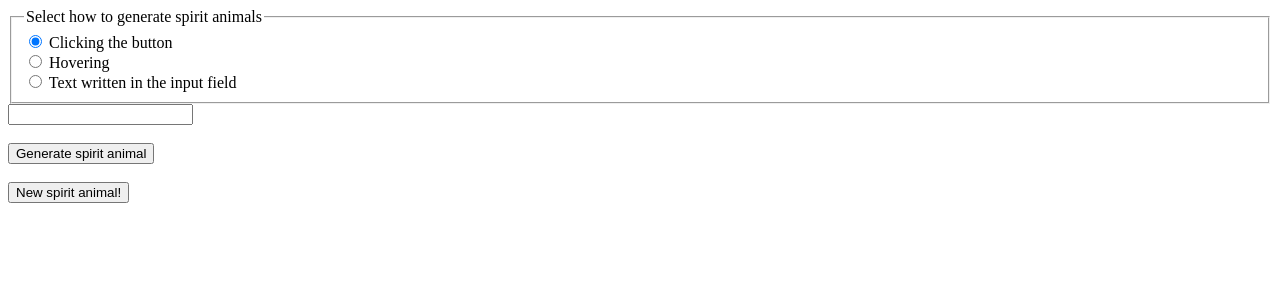
Repository: andrii1/hyf-homework
Page: javascript/javascript2/week1/name-generator.html
The author's editor kept a copy of each file at every save. The page is drawn from the files as they stood at one save, then again after the next save.
The browser window is 1280 px wide. The pictures show the whole page.

Above is the page before, as saved 2022-06-25 14:23:52.

### javascript/javascript2/week1/name-generator.html
<!DOCTYPE html>
<html lang="en">
<head>
  <meta charset="UTF-8">
  <meta http-equiv="X-UA-Compatible" content="IE=edge">
  <meta name="viewport" content="width=device-width, initial-scale=1.0">
  <title>Spirit animal name generator</title>
</head>
<body>
  <fieldset>
    <legend>Select how to generate spirit animals</legend>

    <div>
      <input type="radio" id="clicking-button" name="checkbox" value="clicking-button" checked>
      <label for="clicking-button">Clicking the button</label>
    </div>

    <div>
      <input type="radio" id="hovering" name="checkbox" value="hovering">
      <label for="hovering">Hovering</label>
    </div>

    <div>
      <input type="radio" id="writing-text" name="checkbox" value="writing-text">
      <label for="writing-text">Text written in the input field</label>
    </div>
  </fieldset>

  <form action="#">
    <input type="text" id="input"><br>
    <br>
    <input type="submit" id="button" value="Generate spirit animal">
  </form>
  <br>
  <button id="new-animal">New spirit animal!</button>
  <div id="display"></div>
  <script src="app.js"></script>
</body>
</html>

### javascript/javascript2/week1/app.js
const animals = [
  "spirit cat",
  "moon dog",
  "crying snake",
  "dangerous lion",
  "yellow tiger",
  "sun bear",
  "jupiter crocodile",
  "mars shark",
  "venus whale",
  "saturn crocodile",
];
const input = document.getElementById("input");
const button = document.getElementById("button");
const display = document.getElementById("display");
const newAnimalButton = document.getElementById("new-animal");
function generateSpiritAnimal() {
  const text = input.value;
  if (typeof text !== "string" || text === "") {
    throw new Error("Name must be a non-empty string");
  }

  display.innerHTML = `${text} - The ${
    animals[Math.floor(Math.random() * animals.length)]
  }`;
}

function newSpiritAnimal() {
  const animal = display.innerHTML;
  if (animal === "") {
    throw new Error("Generate animal first!");
  }
  const text = input.value;
  display.innerHTML = `${text} - The ${
    animals[Math.floor(Math.random() * animals.length)]
  }`;
}

button.addEventListener("click", generateSpiritAnimal);
newAnimalButton.addEventListener("click", newSpiritAnimal);

After the next save:
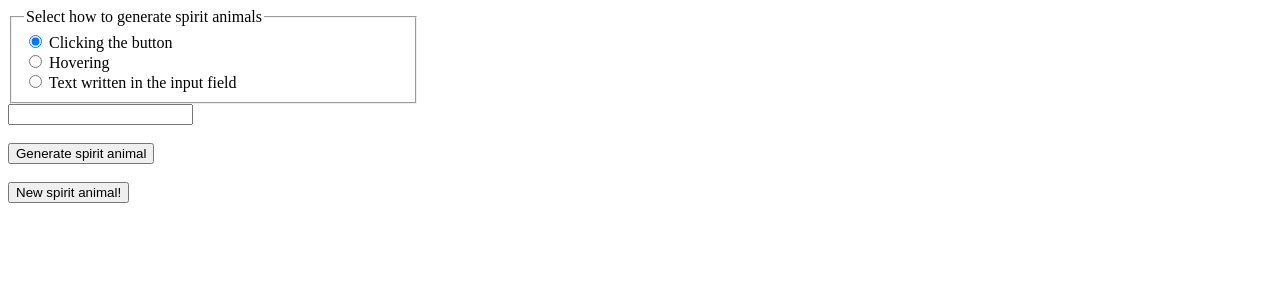
Saved 23 s later.
--- a/javascript/javascript2/week1/name-generator.html
+++ b/javascript/javascript2/week1/name-generator.html
@@ -7,7 +7,7 @@
   <title>Spirit animal name generator</title>
 </head>
 <body>
-  <fieldset>
+  <fieldset style="width: 30%;">
     <legend>Select how to generate spirit animals</legend>
 
     <div>
